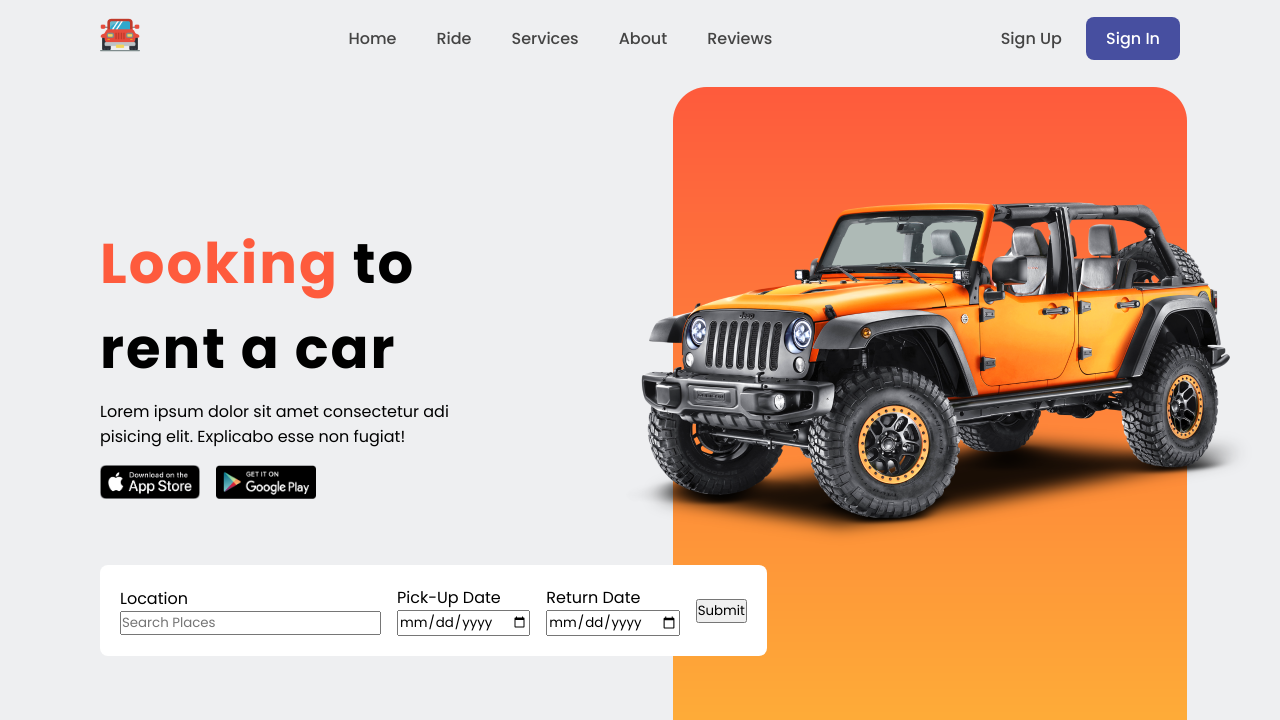
Repository: douglasabnovato/car-rental
Page: index.html
These files come from the project's save history. The page is drawn as it stood at one moment and after the next save; the edit follows.
The browser window is 1280 px wide. The pictures show the whole page.

Above is the page before, as saved 2025-05-16 12:44:03.

After the next save:
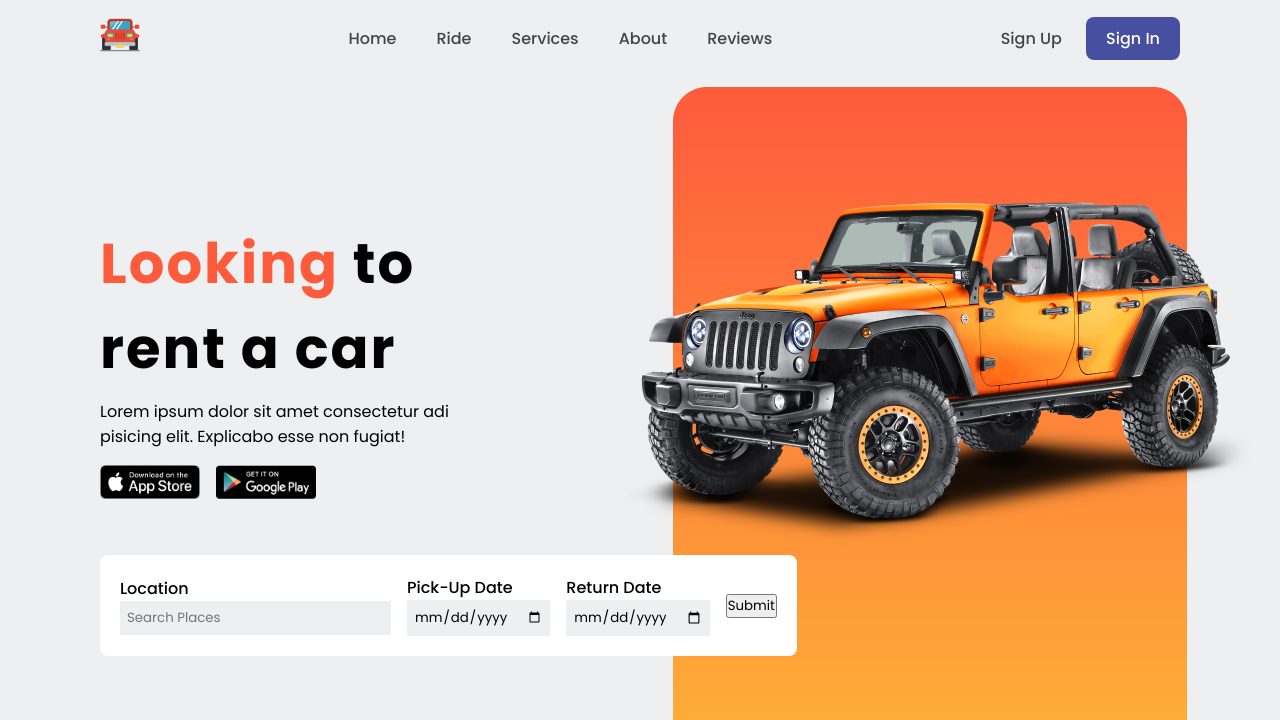
Saved 73 s later.
--- a/style.css
+++ b/style.css
@@ -162,3 +162,14 @@ header {
     display: flex;
     flex-direction: column;
 }
+
+.input-box span {
+    font-weight: 500;
+}
+
+.input-box input {
+    padding: 7px;
+    outline: none;
+    border: none;
+    background: #eeeff1;
+}
